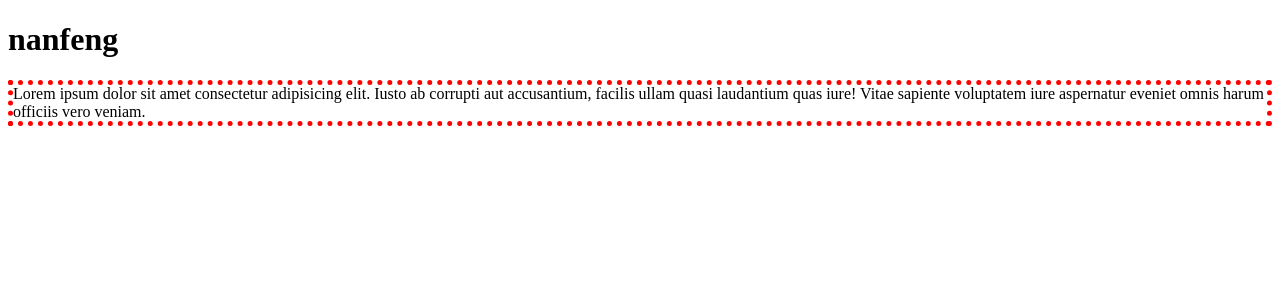
Repository: nanfengovo/CSS
Page: border.html
An editor plug-in stored every save of this project. The page is shown before and after the next save, followed by the edit.
The browser window is 1280 px wide. The pictures show the whole page.

Above is the page before, as saved 2024-12-31 23:18:33.

### border.html
<!DOCTYPE html>
<html lang="en">
<head>
    <meta charset="UTF-8">
    <meta name="viewport" content="width=device-width, initial-scale=1.0">
    <title>边框 border</title>
    <style>
        p{
            border-style: dotted;/*边框样式 solid :实线*/
            border-width: 5px;/*边框宽度*/
            border-color: red;/*边框颜色*/
        }
    </style>
</head>
<body>
    <h1>nanfeng</h1>
    <p>Lorem ipsum dolor sit amet consectetur adipisicing elit. Iusto ab corrupti aut accusantium, facilis ullam quasi laudantium quas iure! Vitae sapiente voluptatem iure aspernatur eveniet omnis harum officiis vero veniam.</p>
</body>
</html>

After the next save:
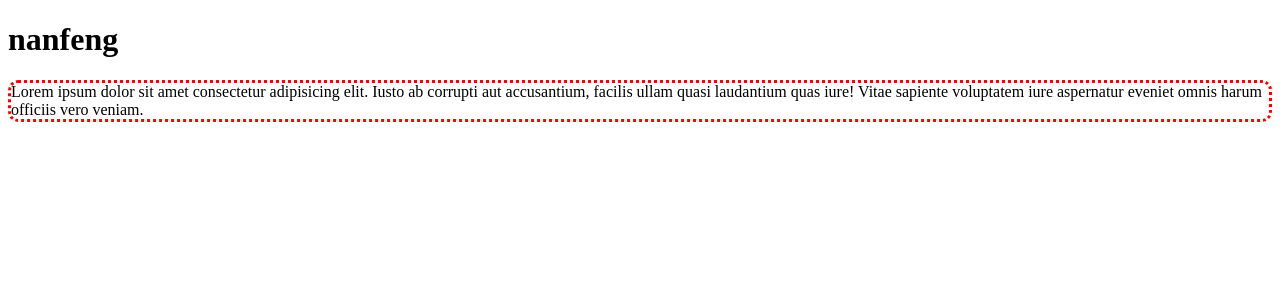
Saved 43 s later.
--- a/border.html
+++ b/border.html
@@ -6,9 +6,10 @@
     <title>边框 border</title>
     <style>
         p{
-            border-style: dotted;/*边框样式 solid :实线*/
+            border-style: dotted;/*边框样式 solid :实线* ,dotted 虚线/
             border-width: 5px;/*边框宽度*/
             border-color: red;/*边框颜色*/
+            border-radius: 10px;
         }
     </style>
 </head>
